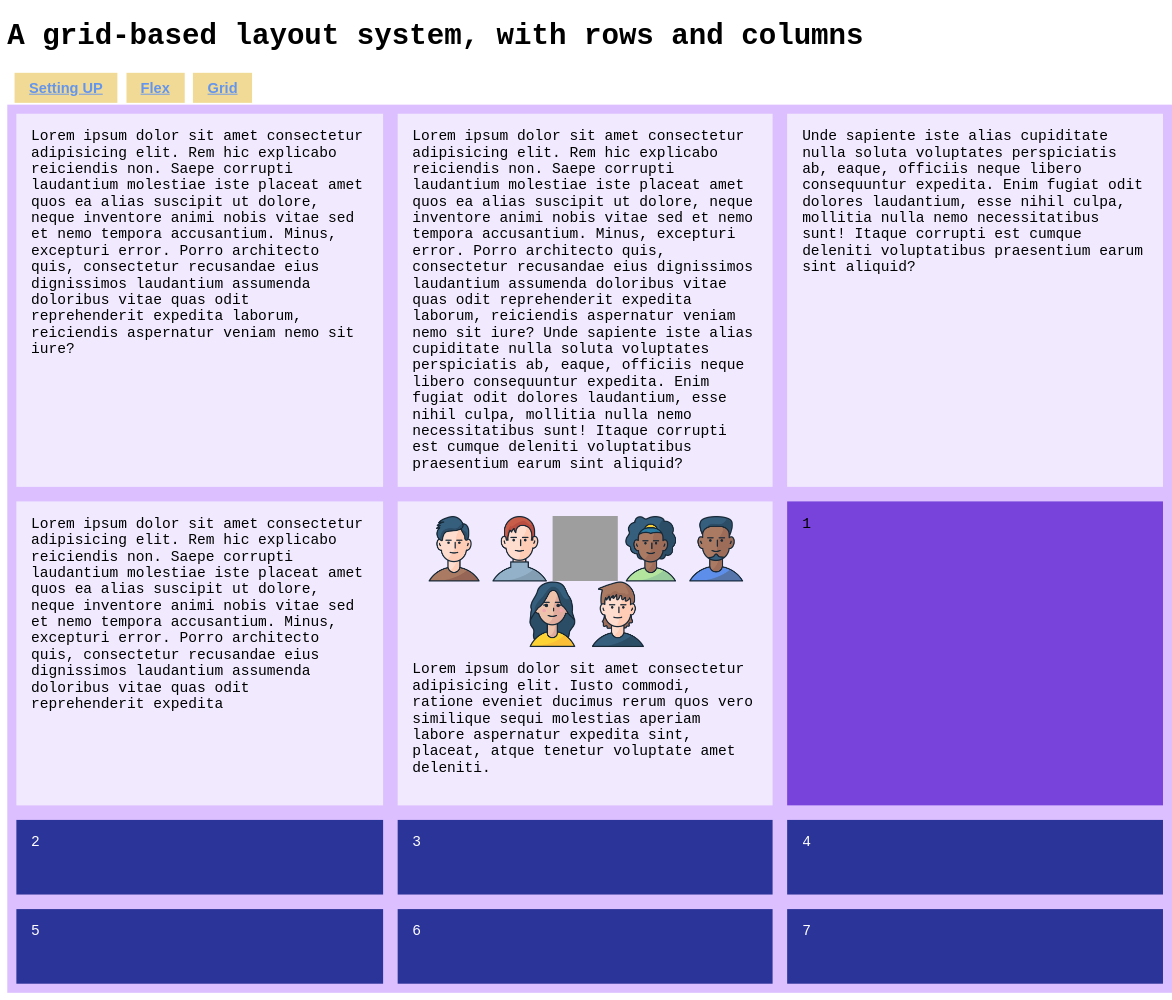
Repository: YingCG/learning-blog
Page: grid.html
An editor plug-in stored every save of this project. The page is shown before and after the next save, followed by the edit.
The browser window is 1280 px wide. The page is 1288 px wide, then 1280 px, so the pictures cover 1288 px, including what lies to the right of the window. The pictures show the whole page, at 91% of full size.
Pictures or frames that could not be fetched are drawn as grey boxes.

Above is the page before, as saved 2023-11-15 13:19:25.

### grid.html
<!DOCTYPE html>
<html lang="en">
  <head>
    <meta charset="UTF-8" />
    <meta name="viewport" content="width=device-width, initial-scale=1.0" />
    <link href="./style/style.css" rel="stylesheet" type="text/css" />

    <link href="./style/gridStyle.css" rel="stylesheet" type="text/css" />
    <title>Grid</title>
  </head>
  <body>
    <h1>A grid-based layout system, with rows and columns</h1>
    <nav class="navbar">
      <a href="index.html">Setting UP</a>
      <a href="./flex.html">Flex</a>
      <a href="./grid.html">Grid</a>
    </nav>
    <div class="grid-container">
      <div class="grid-item">
        Lorem ipsum dolor sit amet consectetur adipisicing elit. Rem hic
        explicabo reiciendis non. Saepe corrupti laudantium molestiae iste
        placeat amet quos ea alias suscipit ut dolore, neque inventore animi
        nobis vitae sed et nemo tempora accusantium. Minus, excepturi error.
        Porro architecto quis, consectetur recusandae eius dignissimos
        laudantium assumenda doloribus vitae quas odit reprehenderit expedita
        laborum, reiciendis aspernatur veniam nemo sit iure?
      </div>
      <div class="grid-item">
        Lorem ipsum dolor sit amet consectetur adipisicing elit. Rem hic
        explicabo reiciendis non. Saepe corrupti laudantium molestiae iste
        placeat amet quos ea alias suscipit ut dolore, neque inventore animi
        nobis vitae sed et nemo tempora accusantium. Minus, excepturi error.
        Porro architecto quis, consectetur recusandae eius dignissimos
        laudantium assumenda doloribus vitae quas odit reprehenderit expedita
        laborum, reiciendis aspernatur veniam nemo sit iure? Unde sapiente iste
        alias cupiditate nulla soluta voluptates perspiciatis ab, eaque,
        officiis neque libero consequuntur expedita. Enim fugiat odit dolores
        laudantium, esse nihil culpa, mollitia nulla nemo necessitatibus sunt!
        Itaque corrupti est cumque deleniti voluptatibus praesentium earum sint
        aliquid?
      </div>
      <div class="grid-item">
        Unde sapiente iste alias cupiditate nulla soluta voluptates perspiciatis
        ab, eaque, officiis neque libero consequuntur expedita. Enim fugiat odit
        dolores laudantium, esse nihil culpa, mollitia nulla nemo necessitatibus
        sunt! Itaque corrupti est cumque deleniti voluptatibus praesentium earum
        sint aliquid?
      </div>
      <div class="grid-item">
        Lorem ipsum dolor sit amet consectetur adipisicing elit. Rem hic
        explicabo reiciendis non. Saepe corrupti laudantium molestiae iste
        placeat amet quos ea alias suscipit ut dolore, neque inventore animi
        nobis vitae sed et nemo tempora accusantium. Minus, excepturi error.
        Porro architecto quis, consectetur recusandae eius dignissimos
        laudantium assumenda doloribus vitae quas odit reprehenderit expedita
      </div>
      <div class="grid-item">
        <div class="peoples">
          <img class="avatar" src="./assets/5556468.png" alt="Male Avatar" />
          <img class="avatar" src="./assets/5556499.png" alt="Male Avatar" />
          <img class="avatar" src="./assets/5556503.png" alt="Male Avatar" />
          <img class="avatar" src="./assets/5556505.png" alt="Male Avatar" />
          <img class="avatar" src="./assets/5556529.png" alt="Male Avatar" />
          <img class="avatar" src="./assets/5556554.png" alt="Male Avatar" />
          <img class="avatar" src="./assets/5556558.png" alt="Male Avatar" />
        </div>
        <p>
          Lorem ipsum dolor sit amet consectetur adipisicing elit. Iusto
          commodi, ratione eveniet ducimus rerum quos vero similique sequi
          molestias aperiam labore aspernatur expedita sint, placeat, atque
          tenetur voluptate amet deleniti.
        </p>
      </div>
      <div class="grid-item" id="purple">1</div>
      <div class="grid-item extra">2</div>
      <div class="grid-item extra">3</div>
      <div class="grid-item extra">4</div>
      <div class="grid-item extra">5</div>
      <div class="grid-item extra">6</div>
      <div class="grid-item extra">7</div>
    </div>
  </body>
</html>

### style/style.css
* {
  font-family: "Courier New", Courier, monospace;
}

body {
  width: 100%;
}

.alltogether {
  width: 100%;
  min-height: 10rem;
  display: flex;
  flex-wrap: wrap;
}
.alltogether > div {
  /* flex: 1 1 150px; */
  background-color: cornflowerblue;
  border-style: solid;
  border-color: black;
  padding: 1rem;
}

.navbar {
  padding: 0.5rem;
  font-weight: 600;
}

.navbar a {
  background-color: rgb(241, 218, 150);
  font-family: Arial, Helvetica, sans-serif;
  padding: 0.5rem 1rem;
  color: cornflowerblue;
}
.container {
  width: 100%;
  background-color: rgb(219, 184, 252);
  padding: 1rem;
}

.wrapper > .small {
  width: 100%;
  background-color: beige;
}

.wrapper > .smallsmall {
  color: white;
  background-color: palevioletred;
  border: 0;
}

### style/gridStyle.css
.grid-container {
  display: grid;
  grid-template-columns: auto auto auto;
  gap: 1rem;
  background-color: #dcbfff;
  padding: 10px;
}

.grid-item {
  background-color: #f1eaff;
  font-size: 1rem;
  padding: 1rem;
}

.peoples {
  display: flex;
  justify-content: center;
  flex-wrap: wrap;
}
.peoples > img {
  width: 4.5rem;
  height: auto;
}

#purple {
  background-color: #7743db;
}

.extra {
  color: white;
  background: #2b3499;
  height: 50px;
}

After the next save:
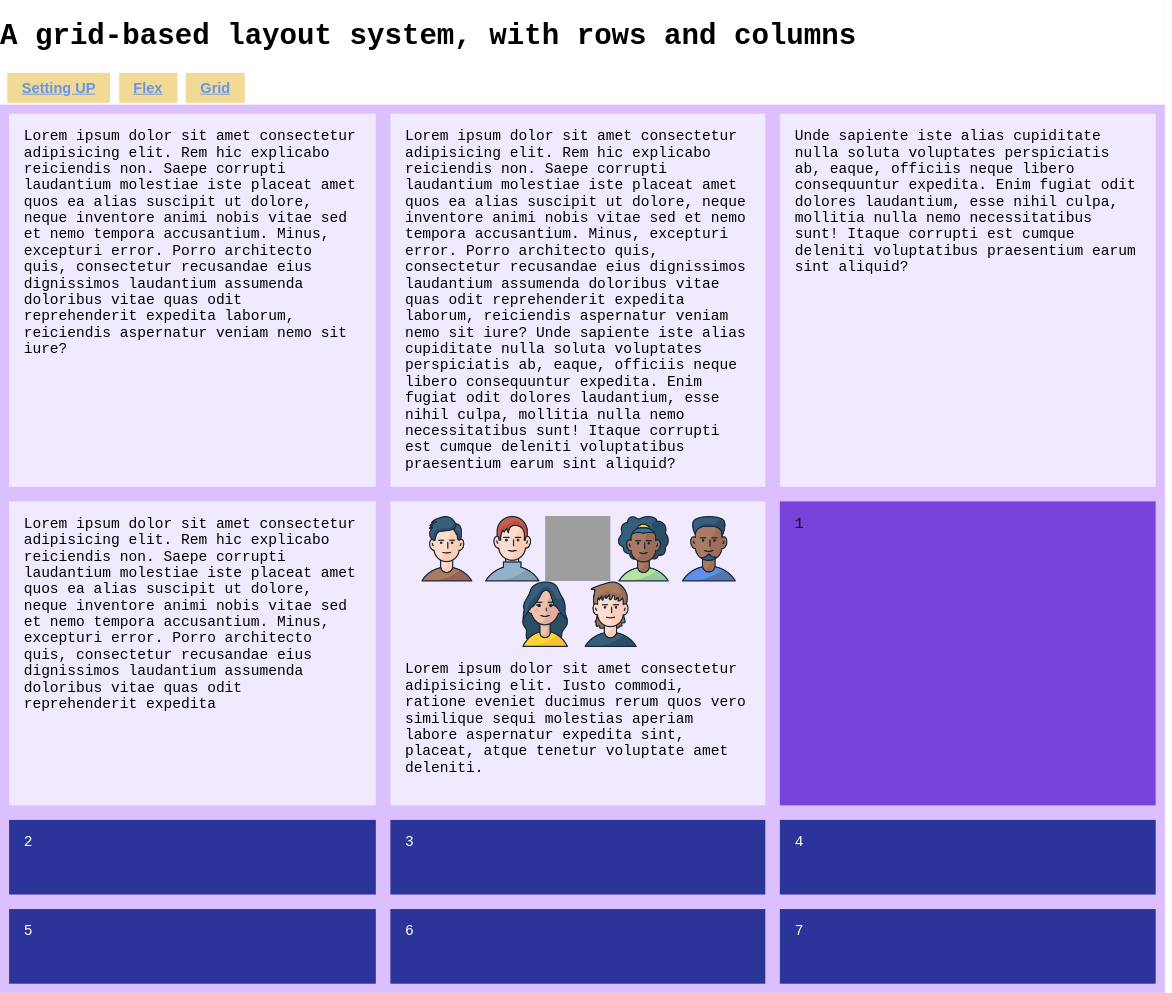
Saved 59 s later.
--- a/style/style.css
+++ b/style/style.css
@@ -3,7 +3,8 @@
 }
 
 body {
-  width: 100%;
+  width: 100vw;
+  margin: auto;
 }
 
 .alltogether {
